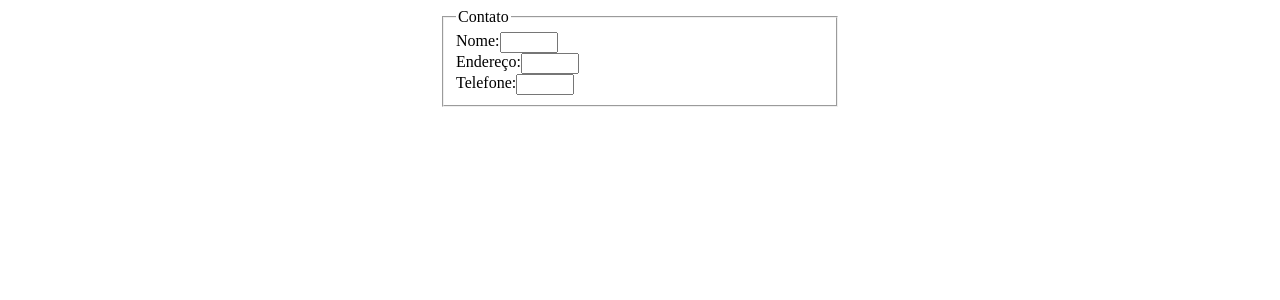
Repository: daniloserafim/trilha-backend-senai
Page: exemploServlet/WebContent/contato.html
The author's editor kept a copy of each file at every save. The page is drawn from the files as they stood at one save, then again after the next save.
The browser window is 1280 px wide. The pictures show the whole page.

Above is the page before, as saved 2022-05-31 22:50:06.

After the next save:
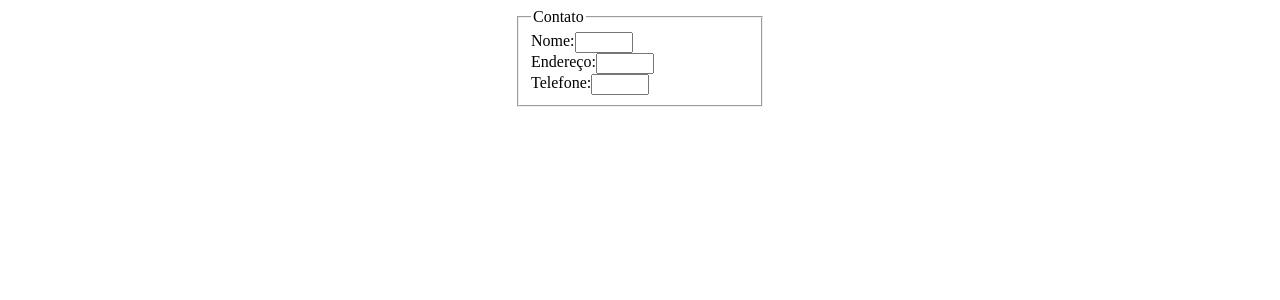
Saved 16 s later.
--- a/exemploServlet/WebContent/style.css
+++ b/exemploServlet/WebContent/style.css
@@ -8,7 +8,7 @@ body {
 }
 
 form {
-	width: 400px;
+	width: 250px;
 }
 
 input {
